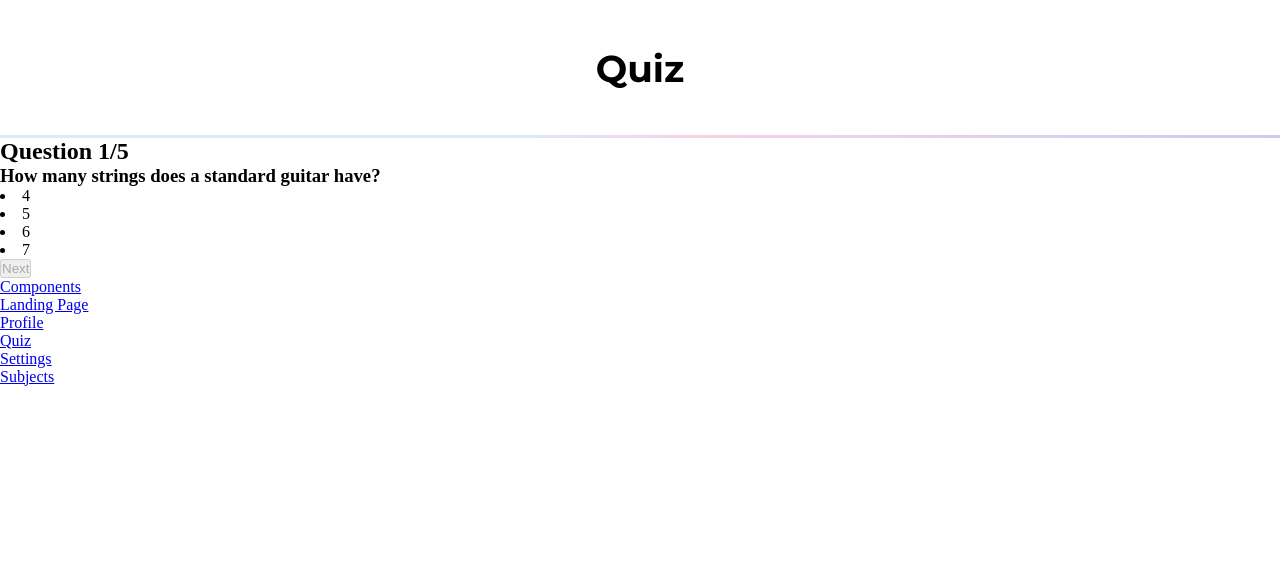
Repository: 1medi/pocketprof
Page: /quiz/page
The author's editor kept a copy of each file at every save. The page is drawn from the files as they stood at one save, then again after the next save.
The browser window is 1280 px wide. The pictures show the whole page.
The project was rebuilt for these pictures with package versions that can differ from the ones it lists, and the page was loaded fresh each time. The framework's server and built-in components were replaced by stand-ins that run in the browser. Also part of the build but not shown: next.config.mjs, Components/Buttons/Oscar/Oscar.module.css, Components/Buttons/Oscar/index.js.

Above is the page before, as saved 2024-04-13 22:46:13.

After the next save:
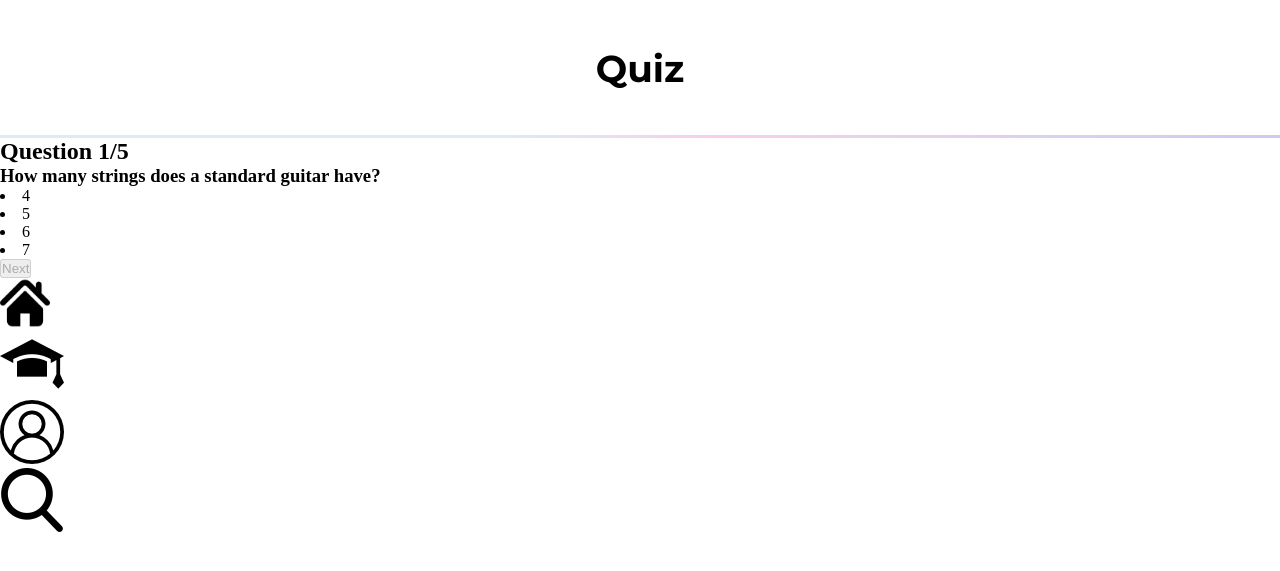
Saved 3 min 30 s later.
--- a/Components/Navbar/index.js
+++ b/Components/Navbar/index.js
@@ -1,33 +1,56 @@
 import styles from "./Navbar.module.css"
 import Oscar from "@/Components/Buttons/Oscar"
 import Link from "next/link"
+import Home from "@/public/img/home-icon-silhouette.png"
+import Image from "next/image"
+import Learn from "@/public/img/learn.png"
+import Profile from "@/public/img/navuser.png"
+import Search from "@/public/img/search.png"
 
 export default function NavBar() {
   return (
     <nav className={styles.nav}>
-        <div className={styles.navContainer}>
-          <ul className={styles.navOptions}>
-            <li className={styles.navLink}>
-            <Link href={'/Components'} className={styles.navText}>Components </Link>
-            </li>
-            <li className={styles.navLink}>
-            <Link href={'/LandingPage'} className={styles.navText}>Landing Page </Link>
-            </li>
-            <li className={styles.navLink}>
-            <Link href={'/Profile'} className={styles.navText}>Profile </Link>
-            </li>
-            <li className={styles.navLink}>
-            <Link href={'/QuizPage'} className={styles.navText}>Quiz</Link>
-            </li>
-            <li className={styles.navLink}>
-            <Link href={'/Settings'} className={styles.navText}>Settings</Link>
-            </li>
-            <li className={styles.navLink}>
-            <Link href={'/Subjects'} className={styles.navText}>Subjects</Link>
-            </li>
-          </ul>
+      <div className={styles.navContainer}>
+        <ul className={styles.navOptions}>
+          <li className={styles.navLink}>
+            <Link href={'/'} className={styles.navText}>
+              <Image
+              className={styles.image}
+              src={Home}
+              width={50}
+              height={50}
+              />
+            </Link>
+          </li>
+          <li className={styles.navLink}>
+            <Link href={'/Courses'} className={styles.navText}>
+              <Image
+              className={styles.image}
+              src={Learn}
+              width={64}
+              height={64}
+              />
+            </Link>
+          </li>
+          <li className={styles.navLink}>
+            <Link href={'/Profile'} className={styles.navText}>
+              <Image
+              className={styles.image}
+              src={Profile}
+              />
+            </Link>
+          </li>
+          <li className={styles.navLink}>
+            <Link href={'/QuizPage'} className={styles.navText}>
+              <Image
+              className={styles.image}
+              src={Search}
+              />
 
-        </div>
+            </Link>
+          </li>
+        </ul>
+      </div>
     </nav>
   )
 }
